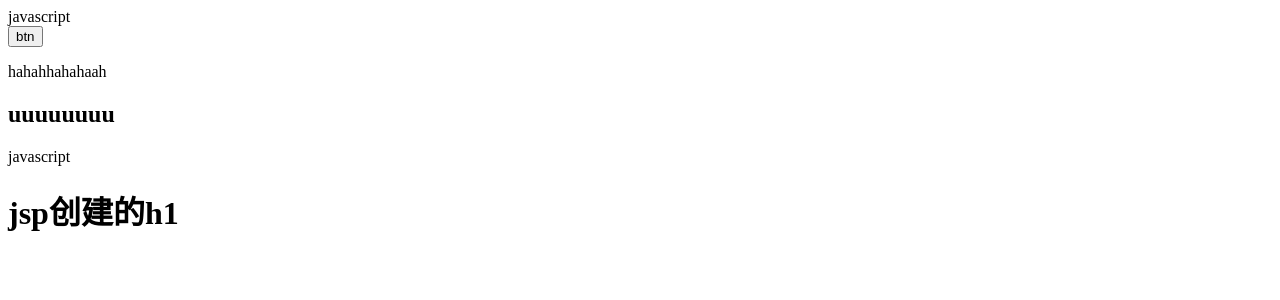
Repository: monijijian/VScodeProject
Page: test.html
These files come from the project's save history. The page is drawn as it stood at one moment and after the next save; the edit follows.
The browser window is 1280 px wide. The pictures show the whole page.

Above is the page before, as saved 2020-09-05 11:55:53.

### test.html
<!DOCTYPE html>
<html lang="en">
<head>
    <meta charset="UTF-8">
    <meta name="viewport" content="width=<device-width>, initial-scale=1.0">
    <title>Document</title>
    <script>
        document.write('javascript');
    </script>
</head>
<body>
    <div>
        <button id='btn'>btn</button>
        <p id='pp'>hahahhahahaah</p>
        <h2>uuuuuuuu</h2>
    </div>
    <script>
        document.write('javascript');
        var btn = document.getElementById('btn');
        var pp = document.getElementById('pp');
        btn.onclick = () => {
            pp.innerHTML = 'what fuck!';
            pp.innerText = 'omg!';
            pp = pp.write('pp');
        }
        document.write('<h1>jsp创建的h1</h1>')
    </script>
</body>
</html>

After the next save:
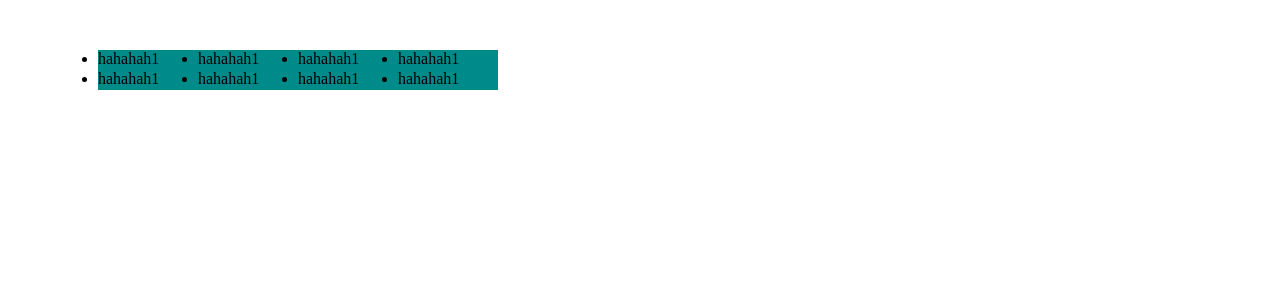
Saved 5 h 49 min later.
--- a/test.html
+++ b/test.html
@@ -2,28 +2,39 @@
 <html lang="en">
 <head>
     <meta charset="UTF-8">
-    <meta name="viewport" content="width=<device-width>, initial-scale=1.0">
+    <meta name="viewport" content="width=device-width, initial-scale=1.0">
     <title>Document</title>
-    <script>
-        document.write('javascript');
-    </script>
+    <style>
+        .cle{
+            clear: both;
+        }
+        div{
+            margin: 50px;
+        }
+        li{
+            float: left;
+            width: 100px;
+            height: 20px;
+            background-color: darkcyan;
+        }
+    </style>
 </head>
 <body>
-    <div>
-        <button id='btn'>btn</button>
-        <p id='pp'>hahahhahahaah</p>
-        <h2>uuuuuuuu</h2>
+    <div class="cle">
+        <ul>
+            <li>hahahah1</li>
+            <li>hahahah1</li>
+            <li>hahahah1</li>
+            <li>hahahah1</li>
+        </ul>
     </div>
-    <script>
-        document.write('javascript');
-        var btn = document.getElementById('btn');
-        var pp = document.getElementById('pp');
-        btn.onclick = () => {
-            pp.innerHTML = 'what fuck!';
-            pp.innerText = 'omg!';
-            pp = pp.write('pp');
-        }
-        document.write('<h1>jsp创建的h1</h1>')
-    </script>
+    <div class="cle">
+        <ul>
+            <li>hahahah1</li>
+            <li>hahahah1</li>
+            <li>hahahah1</li>
+            <li>hahahah1</li>
+        </ul>
+    </div>
 </body>
 </html>
